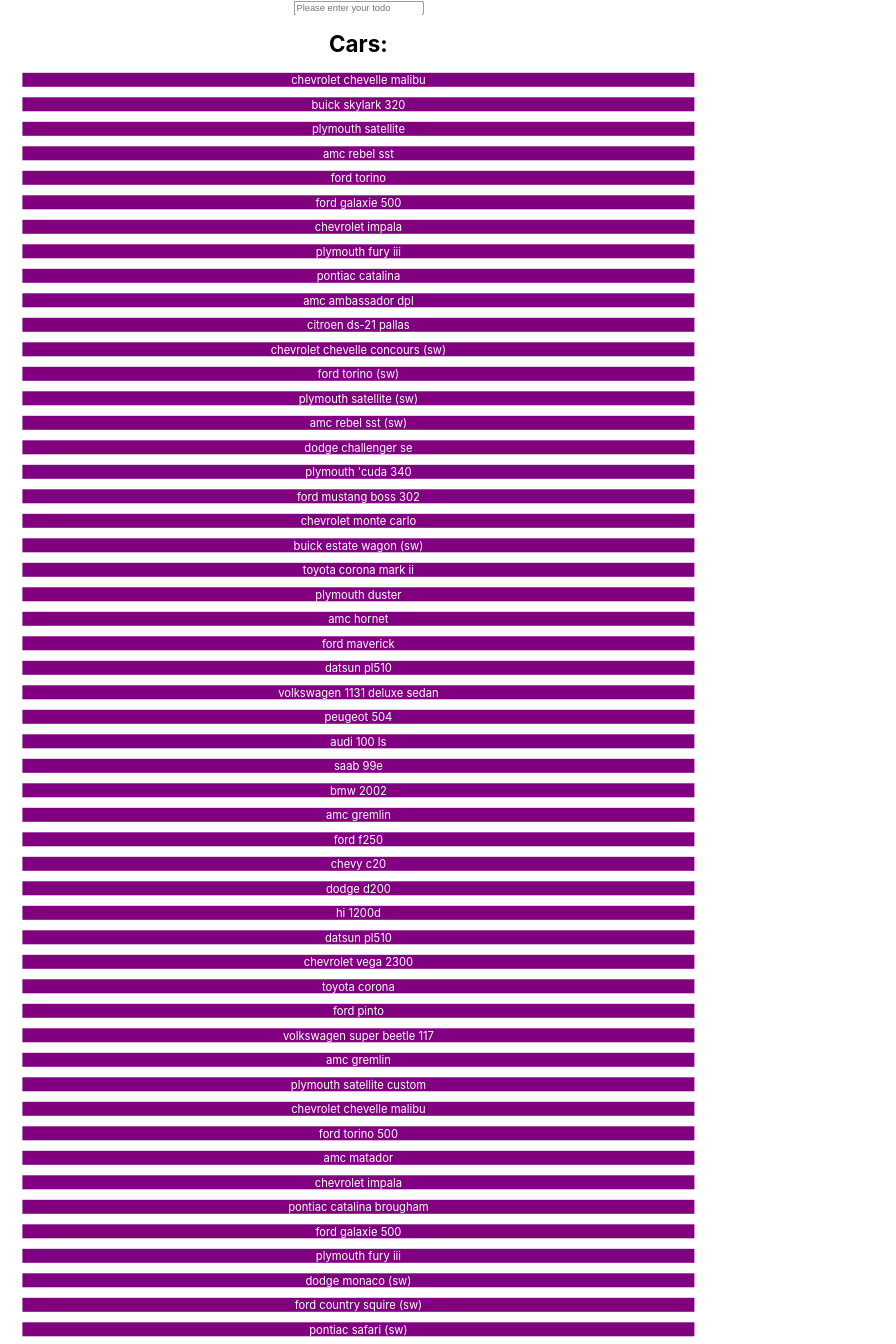
Repository: vhoreho/react
Page: / (app in myapp/)
An editor plug-in stored every save of this project. The page is shown before and after the next save, followed by the edit.
The browser window is 1280 px wide. The pictures show the part of the page from y = 0 to 1920 px (the page is 14314 px tall before and 17156 px after), at 70% of full size.
The project was rebuilt for these pictures with package versions that can differ from the ones it lists, and the page was loaded fresh each time.

Above is the page before, as saved 2022-08-08 20:49:22.

### myapp/src/App.js
import './App.css';
import Input from './components/Input';
import Cars from './components/Cars';

function App() {
  return (
    <div className="App">
      <Input />
      <Cars />
    </div>
  );
}

export default App;

### myapp/src/App.css
.App {
  text-align: center;
  max-width: 960px;
  margin-inline: 2rem;
}

.App-logo {
  height: 40vmin;
  pointer-events: none;
}

@media (prefers-reduced-motion: no-preference) {
  .App-logo {
    animation: App-logo-spin infinite 20s linear;
  }
}

.App-header {
  background-color: #282c34;
  min-height: 100vh;
  display: flex;
  flex-direction: column;
  align-items: center;
  justify-content: center;
  font-size: calc(10px + 2vmin);
  color: white;
}

.App-link {
  color: #61dafb;
}

@keyframes App-logo-spin {
  from {
    transform: rotate(0deg);
  }

  to {
    transform: rotate(360deg);
  }
}

### myapp/src/components/Input.js
import React from 'react'

export default function Input() {
  return (
    <input placeholder='Please enter your todo' />
  )
}

### myapp/src/components/Cars.js
import React from 'react';
import {cars} from '../data';
import Car from './Car';

export default function Cars() {
  return (
    <div>
        <h1>Cars:</h1>
        <ul style={{
          listStyle: 'none',
          padding: 0,
          margin: 0,
          color: 'white',
          fontSize: '1rem'
        }}>
            {cars.map((item, index) => <Car key={index} {...item} />)}
        </ul>
    </div>
  )
}

### myapp/src/components/Car.js
import React from 'react'

export default function Car(props) {
  return (
    <li style={{
      margin: '15px 0',
      background: 'purple'
    }}>{props.Name}</li>
  )
}

Loaded but not shown: myapp/public/index.html (common file); myapp/src/index.js (common file); myapp/src/index.css (common file); myapp/src/data/index.js (4468 lines, source omitted)

After the next save:
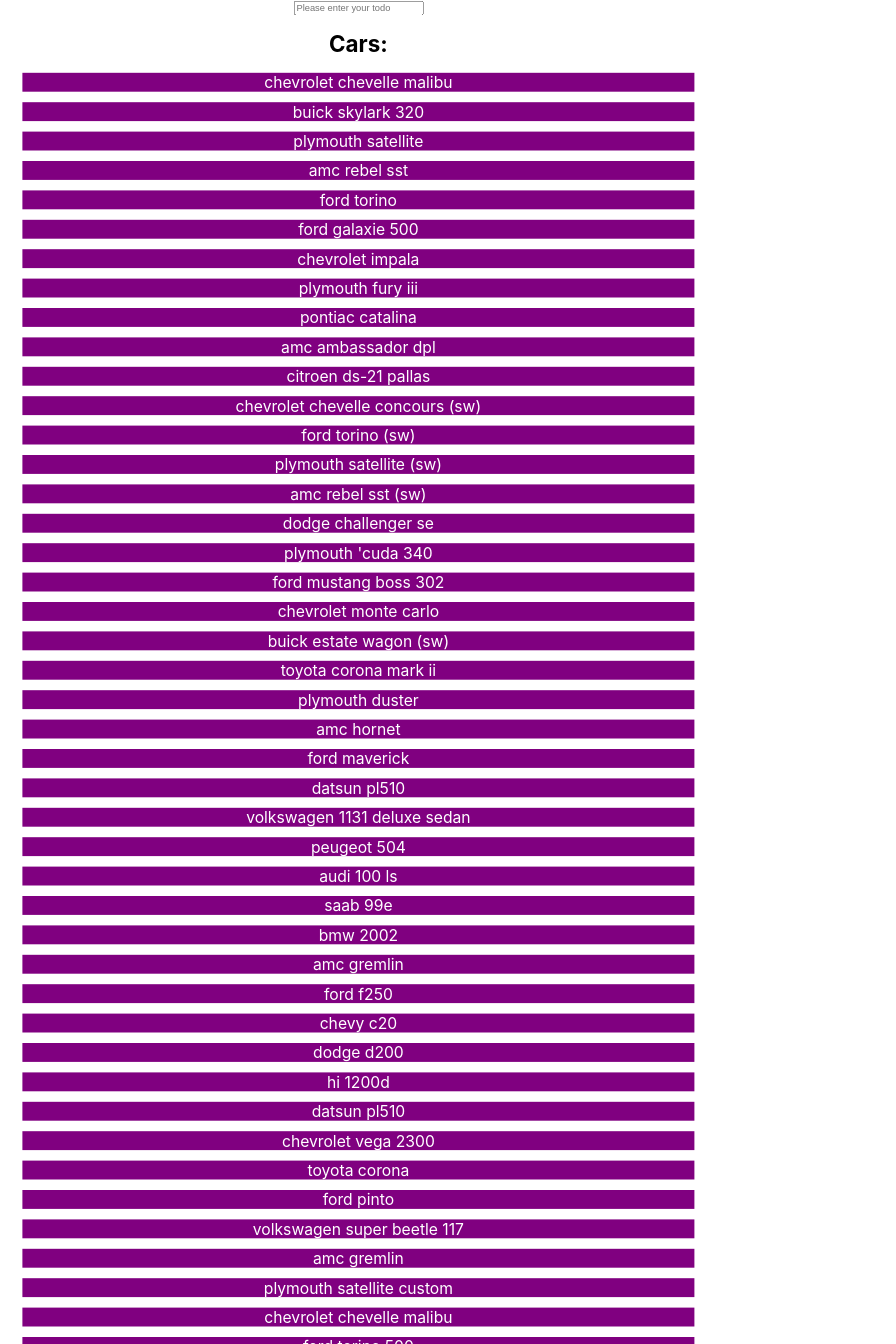
Saved 4 s later.
--- a/myapp/src/components/Cars.js
+++ b/myapp/src/components/Cars.js
@@ -11,7 +11,7 @@
           padding: 0,
           margin: 0,
           color: 'white',
-          fontSize: '1rem'
+          fontSize: '1.4rem'
         }}>
             {cars.map((item, index) => <Car key={index} {...item} />)}
         </ul>
